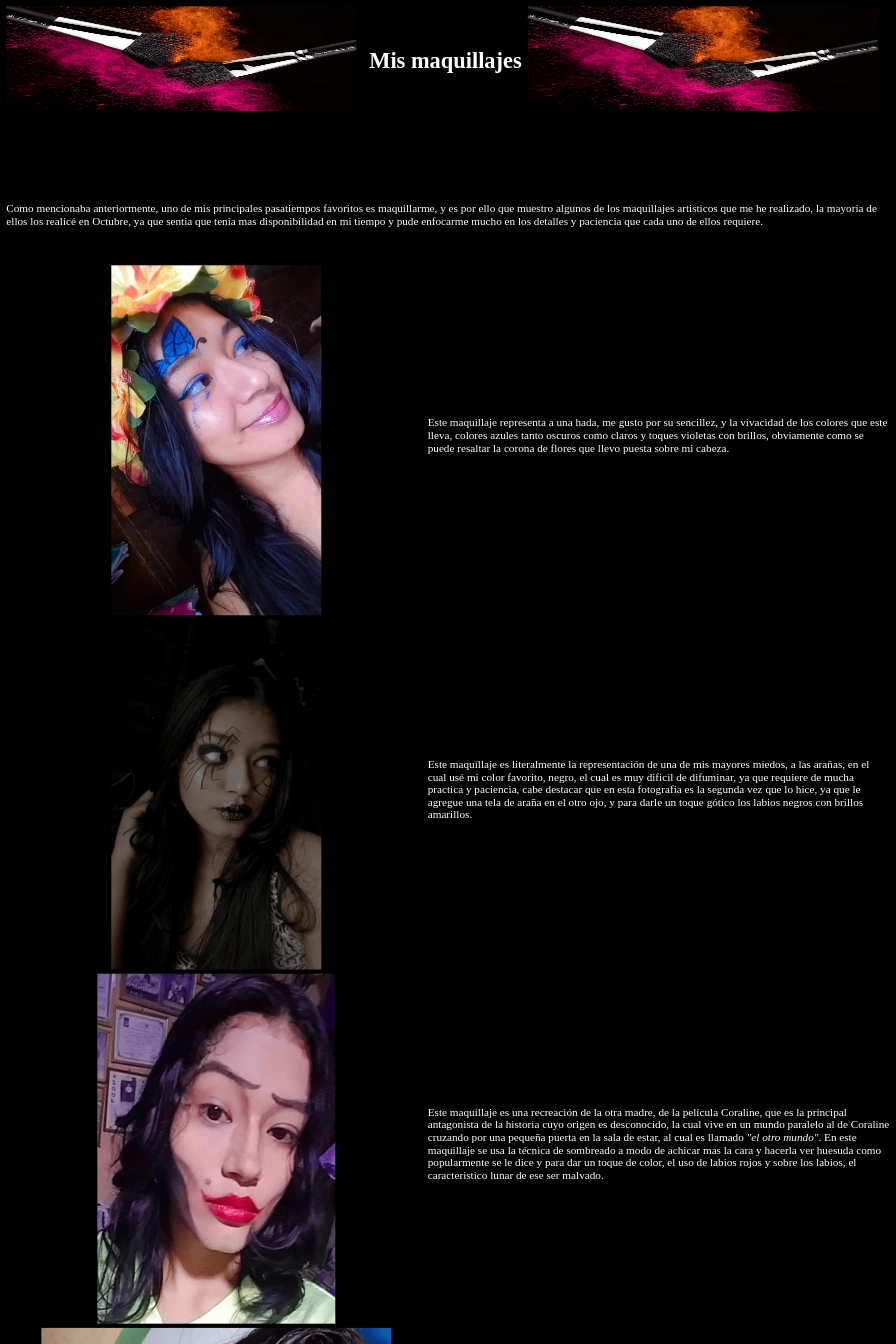
Repository: darlyn-saravia27/portafolio-darlynsaravia
Page: archivoshtml/maquillaje.html
An editor plug-in stored every save of this project. The page is shown before and after the next save, followed by the edit.
The browser window is 1280 px wide. The pictures show the part of the page from y = 0 to 1920 px (the page is 4946 px tall), at 70% of full size.

Above is the page before, as saved 2023-03-08 04:21:34.

### archivoshtml/maquillaje.html
<!DOCTYPE html>
<html lang="es">
<head>
    <meta charset="UTF-8">
    <meta http-equiv="X-UA-Compatible" content="IE=edge">
    <meta name="viewport" content="width=device-width, initial-scale=1.0">
    <title>Maquillaje</title>
</head>
<body bgcolor="black">
    <table align="center" cellspacing="0" width="100%">
        <tr>
            <td>
                <img src="Cosmetics.png" width="500px" height="150">
            </td>
            <td>
                <h1><font color="white">Mis maquillajes</font></h1>
            </td>
            <td>
                <img src="Cosmetics.png" width="500px" height="150px">
            </td>
        </tr>
    </table>
    <table align="center" cellspacing="0" width="100%">
        <tr>
            <td colspan="2">
                <p><font color="white">Como mencionaba anteriormente, uno de mis principales pasatiempos favoritos es maquillarme,
                y es por ello que muestro algunos de los maquillajes artisticos que me he realizado, la
                mayoria de ellos los realicé en Octubre, ya que sentia que tenia mas disponibilidad en mi tiempo
                y pude enfocarme mucho en los detalles y paciencia que cada uno de ellos requiere.</font>
                </p>
                <br>
                <br>
            </td>
        </tr>
        <tr>
            <td align="center">
                <img src="fo1.png" width="300px" height="500px">
            </td>
            <td>
                <font color="white">Este maquillaje representa a una hada, me gusto por su sencillez, y la vivacidad de
                    los colores que este lleva, colores azules tanto oscuros como claros y toques violetas
                    con brillos, obviamente como se puede resaltar la corona de flores que llevo puesta
                    sobre mi cabeza.</font>
                <br>
                <br>
            </td>
        </tr>
        <tr>
            <td align="center">
                <img src="fo2.png" width="300px" height="500px">
            </td>
            <td><font color="white">Este maquillaje es literalmente la representación de una de mis mayores miedos,
                a las arañas, en el cual usé mi color favorito, negro, el cual es muy dificil de difuminar,
                ya que requiere de mucha practica y paciencia, cabe destacar que en esta fotografia es
                la segunda vez que lo hice, ya que le agregue una tela de araña en el otro ojo, y para darle
                un toque gótico los labios negros con brillos amarillos.</font>
                <br>
                <br>
            </td>
        </tr>
        <tr>
            <td align="center">
                <img src="fo3.png" width="340px" height="500px">
            </td>
            <td><font color="white">Este maquillaje es una recreación de la otra madre, de la película
                Coraline, que es la principal antagonista de la historia cuyo origen es desconocido, la
                cual vive en un mundo paralelo al de Coraline cruzando por una pequeña puerta en la sala
                de estar, al cual es llamado <i>"el otro mundo"</i>. En este maquillaje se usa la técnica
                de sombreado a modo de achicar mas la cara y hacerla ver huesuda como popularmente se le dice
                y para dar un toque de color, el uso de labios rojos y sobre los labios, el caracteristico lunar
                de ese ser malvado.</font>
                <br>
                <br>
            </td>
        </tr>
        <tr>
            <td align="center">
                <img src="fo4.png" width="500px" height="400px">
            </td>
            <td><font color="white">Recreación del maquillaje de Morticia Addams, entrando en contexto
                con este personaje, es el corazón, reina y alma de la Familia Addams, se describe como
                una vampiresa de piel pálida, cabello negro lacio, que usa vestidos negros góticos para
                combinar con su pelo. Volviendo al tema, quise recrear el maquillaje de una Tiktoker famosa,
                llamada Dorys Jocelyn Velásquez, la cual es una maquillista profesional y recrea maquillajes
                de todo tipo de ocasión, y por supuesto, los maquillajes artísticos, y me llamo mucho la atención
                el echo de como fucionó el personaje de Morticia con una catrina, tipos de maquillajes que los
                mexicanos usan el día de muertos. Recalco que me fascina trabajar con colores neutros, pero
                con el color negro en cualquier tipo de maquillaje es difícil de manejar, pero que con práctica,
                dedicación y paciencia, todo se hace mas fácil.</font>
                <br>
                <br>
            </td>
        </tr>
        <tr>
            <td align="center">
                <img src="fo5.png" width="300px" height="500px">
            </td>
            <td><font color="white">El maquillarte es como utilizar un lienzo blanco en el cual
                te dejas guiar por tu imaginación y gustos y comienzas a pintar, esta es una breve descripción
                de este maquillaje, ya que quise no lleva un patrón ni guía, simplemente es colorear de la
                manera en que gustes, usando cualquier variedad de tonos de colores, sombras, etc. </font>
                <br>
                <br>
            </td>

        </tr>
        <tr>
            <td align="center">
                <img src="fo6.png" width="500px" height="400px">
            </td>
            <td><font color="white">Quise agregar esta "tierna" fotografía sobre un maquillaje de un animal,
                una osa, representación de la fauna de los bosques, creo que ha sido uno de los mas sencillos
                y fáciles que he realizado.
                </font>
                <br>
                <br>
            </td>
        </tr>
        <tr>
            <td align="center">
                <img src="fo7.png" width="400px" height="500px">
            </td>
            <td><font color="white">El gran Joker, con una personalidad psicópata con humor sádico
                y retorcido enemigo de Batman, considero que este ha sido uno de los mejores maquillajes
                que me he realizado, tiene buen contraste de colores, y por supuesto que no debía faltar
                los toques de brillo. Me he sentido orgullosa de poder hacer a un villano y que haya quedado
                perfecto dentro de lo que cabe.</font>
                <br>
                <br>
            </td>

        </tr>
        <tr>
            <td align="center">
                <img src="fo8.png" width="300px" height="400px">
            </td>
            <td><font color="white">Este fue el primer maquillaje de araña que me realicé, me
                inspiré de uno de los maquillajes de la Tiktoker Fer Jalil, ya que ella se encargó de
                recrearlo y me llamó mucho la atención, así que decidí intentarlo y salió tal como me lo
                esperaba, sobre todo me encanta el efecto de sombreado y lo gótico que luce.
            </font></td>
            <br>
            <br>
        </tr>
        <tr>
            <td align="center">
                <img src="makedada.png" width="600px" height="300px">
            </td>
            <td><font color="white">Es uno de mis mayores logros, el haber participado en el concurso
                de maquillaje en el colegio en 2021, estabamos en pandemia y las clases eran totalmente
                virtuales, tenía miedo porque estaba entre participar o no, pero con el apoyo de personas
                muy cercanas a mi, me alentaron para participar, me decidí y así lo hice.
                Literalmente me inspiré en dos cosas: la primera, fue en las mariposas, y especificamente las
                de especie Morfo, que son mariposas de color azul, y segundo, por las flores ya que me encantan,
                y que mejor manera de combiar ambas cosas en un solo maquillaje, al cual le puse por nombre <i>"Morfo
                de la primavera"</i> basandome en que a las mariposas les encantan las flores.
                Lo que no me esperaba, era ganar el primer lugar, me sentí orgullosa de mi misma, porque
                pude demostrar que si puedo hacer lo que me proponga, que soy capaz de mostrarle a muchas
                personas lo que sé y sentirme orgullosa de ello.
            </font></td>
            <br>
            <br>
        </tr>
        <tr>
            <td align="center">
                <img src="makedada2.png" width="250px" height="500px">
            </td>
            <td><font color="white">Para finalizar esta sección de maquillajes, el año pasado(2022)
                me animé a participar de nuevo en el concurso de maquillaje, quería seguir demostrando todo
                lo que sé, el arte y potencial que tengo, no gané ningún lugar, pero lo importante para mi
                fue participar y sentirme feliz de realizar un maquillaje tan colorido y complejo como ese,
                tomé referencia de una fotografía de una famosa en maquillaje artístico, simplemente me volví
                a sentir orgullosa de mi, porque si logré mi objetivo y es la mejor satisfacción que yo puedo
                tener, y seguir demostrándome a mi misma que lo que es pasión para mi, lo demuestre
                sin ningún tipo de temor.</font></td>
            <br>
            <br>
        </tr>
    </table>
</body>
</html>

After the next save:
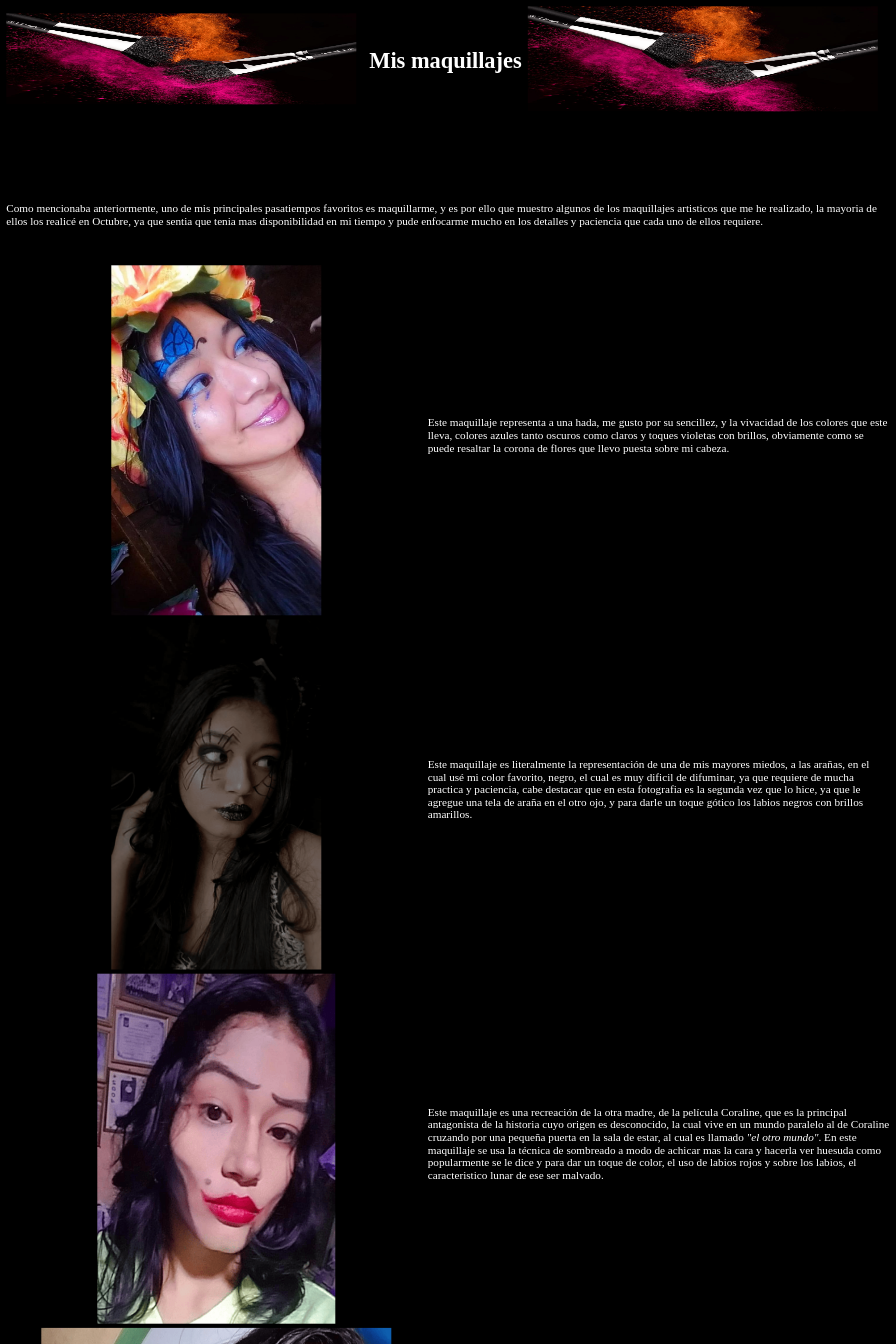
Saved 18 s later.
--- a/archivoshtml/maquillaje.html
+++ b/archivoshtml/maquillaje.html
@@ -10,14 +10,14 @@
     <table align="center" cellspacing="0" width="100%">
         <tr>
             <td>
-                <img src="Cosmetics.png" width="500px" height="150">
+                <img src="Cosmetics.png" width="500px" height="130">
             </td>
             <td>
                 <h1><font color="white">Mis maquillajes</font></h1>
             </td>
             <td>
                 <img src="Cosmetics.png" width="500px" height="150px">
-            </td>
+            </td
         </tr>
     </table>
     <table align="center" cellspacing="0" width="100%">
